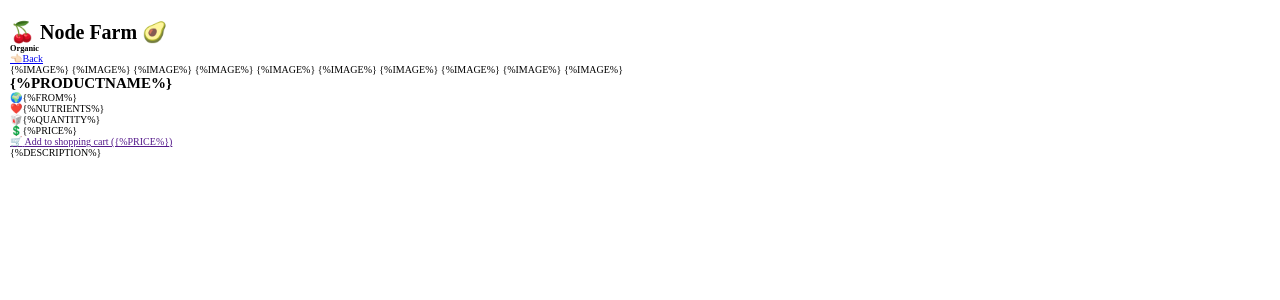
Repository: Kubraaygun/NodeFarm_Backend
Page: templates/product.html
An editor plug-in stored every save of this project. The page is shown before and after the next save, followed by the edit.
The browser window is 1280 px wide. The pictures show the whole page.

Above is the page before, as saved 2025-09-04 20:34:17.

After the next save:
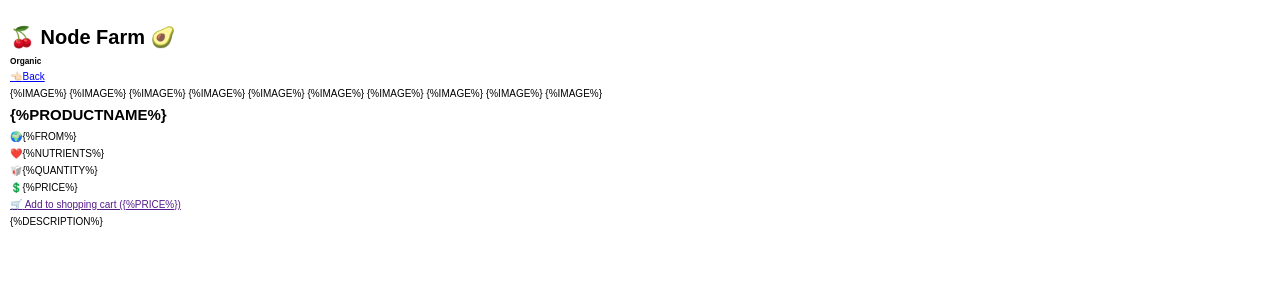
Saved 10 s later.
--- a/templates/product.html
+++ b/templates/product.html
@@ -18,6 +18,8 @@
       }
       body {
         padding: 20px 10px 10px;
+        line-height: 1.7;
+        font-family: sans-serif;
       }
     </style>
   </head>
